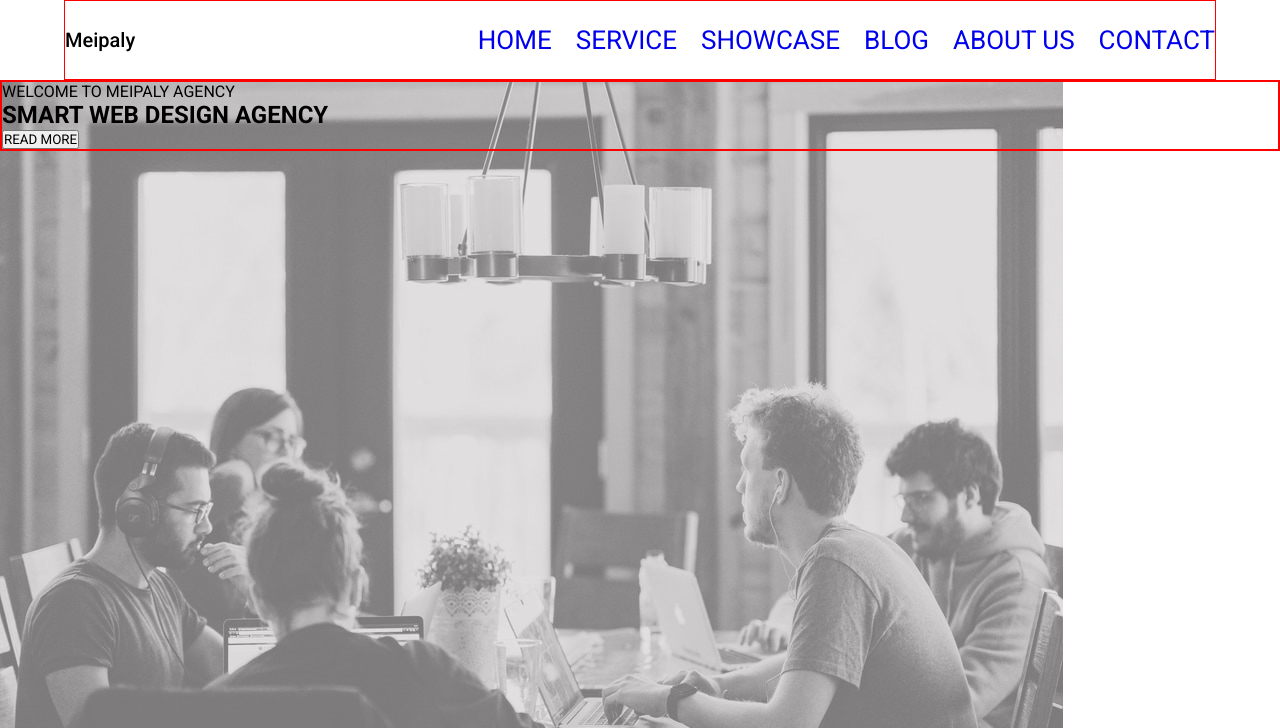
Repository: ducdatit2002/meipaly
Page: index.html
The author's editor kept a copy of each file at every save. The page is drawn from the files as they stood at one save, then again after the next save.
The browser window is 1280 px wide. The pictures show the whole page.

Above is the page before, as saved 2023-07-10 19:51:37.

After the next save:
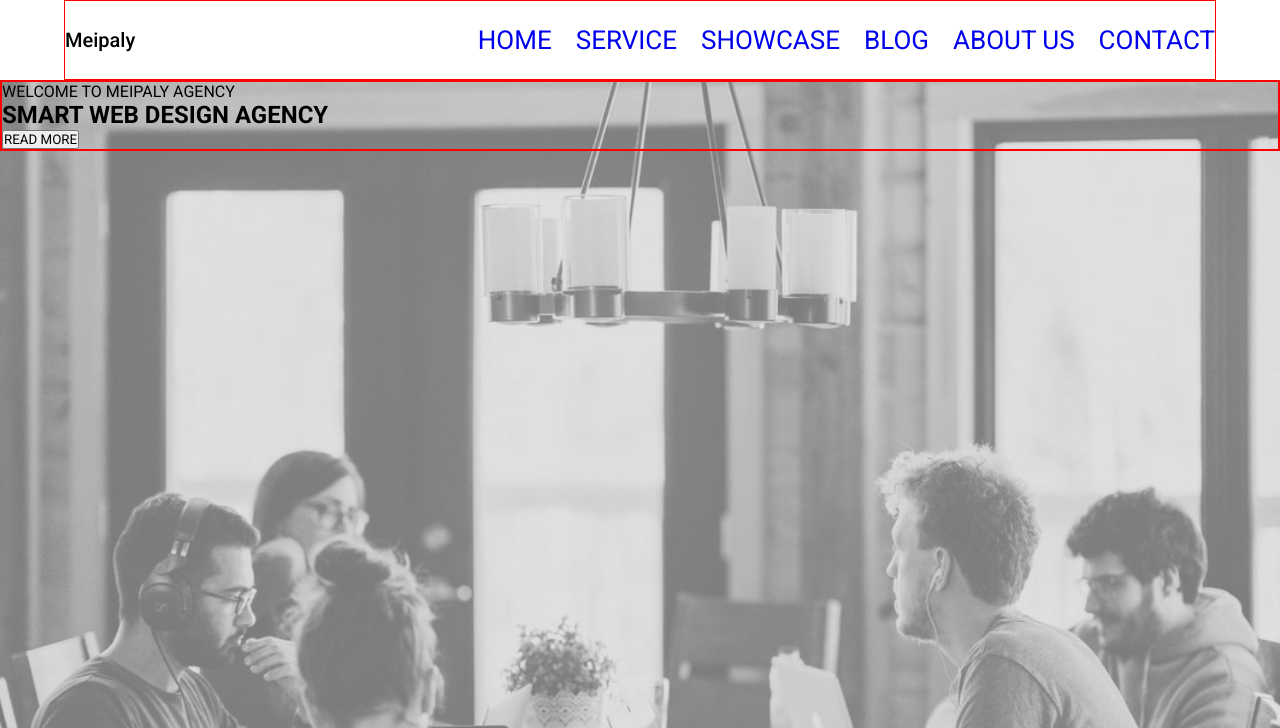
Saved 10 s later.
--- a/index.css
+++ b/index.css
@@ -37,7 +37,8 @@
     background-image: url(./img/home_slider.jpg);
     height: 90vh;
     min-height: 500px;
-    background-repeat: no-repeat;;
+    background-repeat: no-repeat;
+    background-size: cover;
 }
 .banner__container {
     border: 2px solid red;
